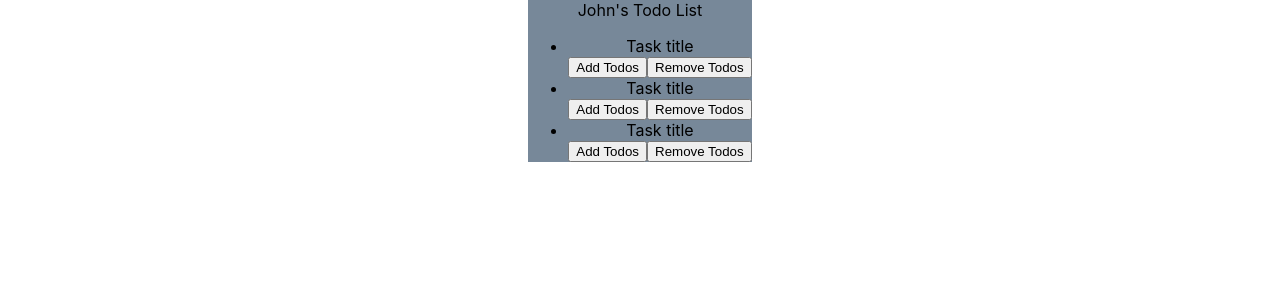
Repository: JohnKang0720/Simple-Todo-List
Page: /
The author's editor kept a copy of each file at every save. The page is drawn from the files as they stood at one save, then again after the next save.
The browser window is 1280 px wide. The pictures show the whole page.
The project was rebuilt for these pictures with package versions that can differ from the ones it lists, and the page was loaded fresh each time.

Above is the page before, as saved 2021-05-24 20:59:20.

### src/App.js
import logo from './logo.svg';
import './App.css';
import TodoList from './TodoList'
import {taskContext} from './TodoList'
import React, {useContext, useState} from 'react'
import Todoform from './Todoform';


function App() {

  return (
    <TodoList >

    <div className="App">
     John's Todo List
   <Todoform />
    </div>
    </TodoList>

  );
}

export default App;

### src/App.css
.App {
  text-align: center;
}

.App-logo {
  height: 40vmin;
  pointer-events: none;
}

@media (prefers-reduced-motion: no-preference) {
  .App-logo {
    animation: App-logo-spin infinite 20s linear;
  }
}

.App-header {
  background-color: #282c34;
  min-height: 100vh;
  display: flex;
  flex-direction: column;
  align-items: center;
  justify-content: center;
  font-size: calc(10px + 2vmin);
  color: white;
}

.App-link {
  color: #61dafb;
}
body{
  width: 100%;
  height: 100%;
  display: flex;
  align-items: center;
  justify-content: center;
}
.App{
  background: lightslategray;
  width: 100%;
  height: 100%;
  position: relative;


}

@keyframes App-logo-spin {
  from {
    transform: rotate(0deg);
  }
  to {
    transform: rotate(360deg);
  }
}

### src/TodoList.js
import React, {useState, createContext} from 'react'
import Todoform from './Todoform'

export const taskContext = createContext(null)
const TodoList = (props) => {

 const [input, setInput] = useState([
  {task: "Read", id: 1},
  {task: "Dishes", id: 2},
  {task: "HW", id: 3}
 ])

 return(
    <taskContext.Provider value = {{input}}>
    {props.children}
    </taskContext.Provider>
 )
}

export default TodoList

### src/Todoform.js
import React, {useContext} from 'react'
import {taskContext} from './TodoList'
import List from './List'
function Todoform() {
    const {input} = useContext(taskContext)
    return (

        <ul>
            {input.map((task) => {
            return (
            <List/>
            )
            })}
        </ul>

    )
}

export default Todoform

### src/List.js
import React from 'react'

function List() {
    return (
        <li>
            <span> Task title</span>
            <div>
                <button> Add Todos </button>
                <button> Remove Todos </button>
            </div>
        </li>

    )
}

export default List

Loaded but not shown: public/index.html (common file); src/index.js (common file); src/index.css (common file); src/reportWebVitals.js (common file)

After the next save:
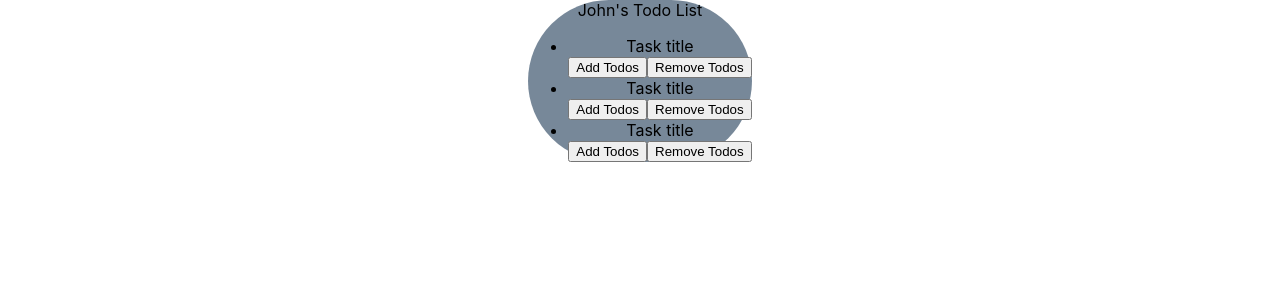
Saved 62 s later.
--- a/src/App.css
+++ b/src/App.css
@@ -39,7 +39,8 @@
   width: 100%;
   height: 100%;
   position: relative;
-
+  border-radius: 100px;
+  box-shadow:black;
 
 }
 

After the save that followed:
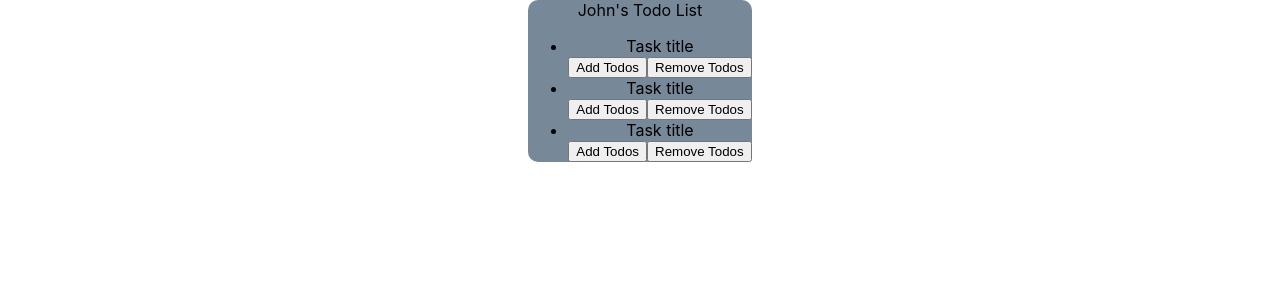
Saved 6 s later.
--- a/src/App.css
+++ b/src/App.css
@@ -39,7 +39,7 @@
   width: 100%;
   height: 100%;
   position: relative;
-  border-radius: 100px;
+  border-radius: 10px;
   box-shadow:black;
 
 }
